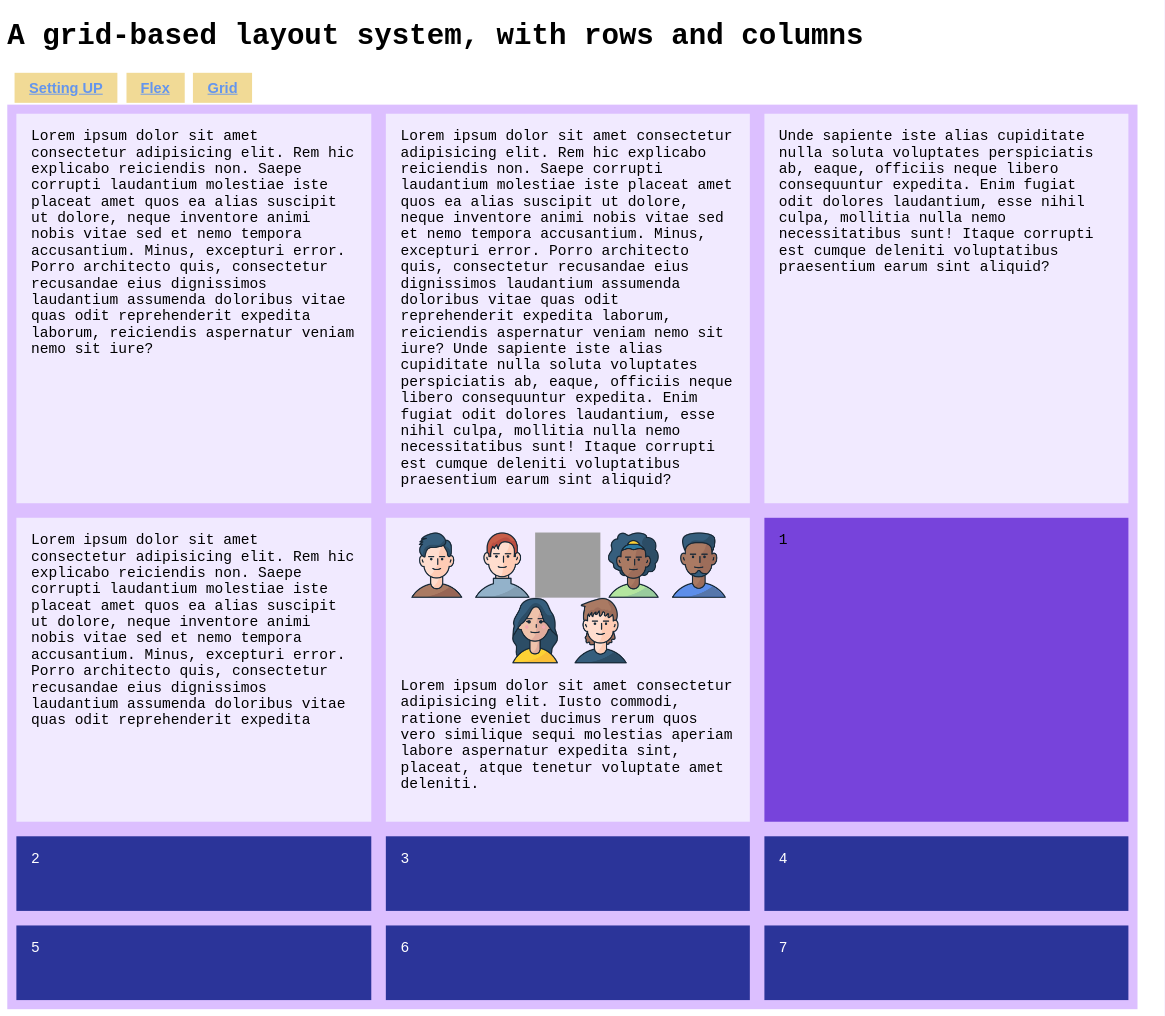
Repository: YingCG/learning-blog
Page: grid.html
An editor plug-in stored every save of this project. The page is shown before and after the next save, followed by the edit.
The browser window is 1280 px wide. The pictures show the whole page, at 91% of full size.
Pictures or frames that could not be fetched are drawn as grey boxes.

Above is the page before, as saved 2023-11-15 13:17:57.

### grid.html
<!DOCTYPE html>
<html lang="en">
  <head>
    <meta charset="UTF-8" />
    <meta name="viewport" content="width=device-width, initial-scale=1.0" />
    <link href="./style/style.css" rel="stylesheet" type="text/css" />

    <link href="./style/gridStyle.css" rel="stylesheet" type="text/css" />
    <title>Grid</title>
  </head>
  <body>
    <h1>A grid-based layout system, with rows and columns</h1>
    <nav class="navbar">
      <a href="index.html">Setting UP</a>
      <a href="./flex.html">Flex</a>
      <a href="./grid.html">Grid</a>
    </nav>
    <div class="grid-container">
      <div class="grid-item">
        Lorem ipsum dolor sit amet consectetur adipisicing elit. Rem hic
        explicabo reiciendis non. Saepe corrupti laudantium molestiae iste
        placeat amet quos ea alias suscipit ut dolore, neque inventore animi
        nobis vitae sed et nemo tempora accusantium. Minus, excepturi error.
        Porro architecto quis, consectetur recusandae eius dignissimos
        laudantium assumenda doloribus vitae quas odit reprehenderit expedita
        laborum, reiciendis aspernatur veniam nemo sit iure?
      </div>
      <div class="grid-item">
        Lorem ipsum dolor sit amet consectetur adipisicing elit. Rem hic
        explicabo reiciendis non. Saepe corrupti laudantium molestiae iste
        placeat amet quos ea alias suscipit ut dolore, neque inventore animi
        nobis vitae sed et nemo tempora accusantium. Minus, excepturi error.
        Porro architecto quis, consectetur recusandae eius dignissimos
        laudantium assumenda doloribus vitae quas odit reprehenderit expedita
        laborum, reiciendis aspernatur veniam nemo sit iure? Unde sapiente iste
        alias cupiditate nulla soluta voluptates perspiciatis ab, eaque,
        officiis neque libero consequuntur expedita. Enim fugiat odit dolores
        laudantium, esse nihil culpa, mollitia nulla nemo necessitatibus sunt!
        Itaque corrupti est cumque deleniti voluptatibus praesentium earum sint
        aliquid?
      </div>
      <div class="grid-item">
        Unde sapiente iste alias cupiditate nulla soluta voluptates perspiciatis
        ab, eaque, officiis neque libero consequuntur expedita. Enim fugiat odit
        dolores laudantium, esse nihil culpa, mollitia nulla nemo necessitatibus
        sunt! Itaque corrupti est cumque deleniti voluptatibus praesentium earum
        sint aliquid?
      </div>
      <div class="grid-item">
        Lorem ipsum dolor sit amet consectetur adipisicing elit. Rem hic
        explicabo reiciendis non. Saepe corrupti laudantium molestiae iste
        placeat amet quos ea alias suscipit ut dolore, neque inventore animi
        nobis vitae sed et nemo tempora accusantium. Minus, excepturi error.
        Porro architecto quis, consectetur recusandae eius dignissimos
        laudantium assumenda doloribus vitae quas odit reprehenderit expedita
      </div>
      <div class="grid-item">
        <div class="peoples">
          <img class="avatar" src="./assets/5556468.png" alt="Male Avatar" />
          <img class="avatar" src="./assets/5556499.png" alt="Male Avatar" />
          <img class="avatar" src="./assets/5556503.png" alt="Male Avatar" />
          <img class="avatar" src="./assets/5556505.png" alt="Male Avatar" />
          <img class="avatar" src="./assets/5556529.png" alt="Male Avatar" />
          <img class="avatar" src="./assets/5556554.png" alt="Male Avatar" />
          <img class="avatar" src="./assets/5556558.png" alt="Male Avatar" />
        </div>
        <p>
          Lorem ipsum dolor sit amet consectetur adipisicing elit. Iusto
          commodi, ratione eveniet ducimus rerum quos vero similique sequi
          molestias aperiam labore aspernatur expedita sint, placeat, atque
          tenetur voluptate amet deleniti.
        </p>
      </div>
      <div class="grid-item" id="purple">1</div>
      <div class="grid-item extra">2</div>
      <div class="grid-item extra">3</div>
      <div class="grid-item extra">4</div>
      <div class="grid-item extra">5</div>
      <div class="grid-item extra">6</div>
      <div class="grid-item extra">7</div>
    </div>
  </body>
</html>

### style/style.css
* {
  font-family: "Courier New", Courier, monospace;
}

body {
  width: 97vw;
}

.alltogether {
  width: 100%;
  min-height: 10rem;
  display: flex;
  flex-wrap: wrap;
}
.alltogether > div {
  /* flex: 1 1 150px; */
  background-color: cornflowerblue;
  border-style: solid;
  border-color: black;
  padding: 1rem;
}

.navbar {
  padding: 0.5rem;
  font-weight: 600;
}

.navbar a {
  background-color: rgb(241, 218, 150);
  font-family: Arial, Helvetica, sans-serif;
  padding: 0.5rem 1rem;
  color: cornflowerblue;
}
.container {
  background-color: rgb(219, 184, 252);
  padding: 1rem;
}

.wrapper > .small {
  background-color: beige;
}

.wrapper > .smallsmall {
  color: white;
  background-color: palevioletred;
  border: 0;
}

### style/gridStyle.css
.grid-container {
  display: grid;
  grid-template-columns: auto auto auto;
  gap: 1rem;
  background-color: #dcbfff;
  padding: 10px;
}

.grid-item {
  background-color: #f1eaff;
  font-size: 1rem;
  padding: 1rem;
}

.peoples {
  display: flex;
  justify-content: center;
  flex-wrap: wrap;
}
.peoples > img {
  width: 4.5rem;
  height: auto;
}

#purple {
  background-color: #7743db;
}

.extra {
  color: white;
  background: #2b3499;
  height: 50px;
}

After the next save:
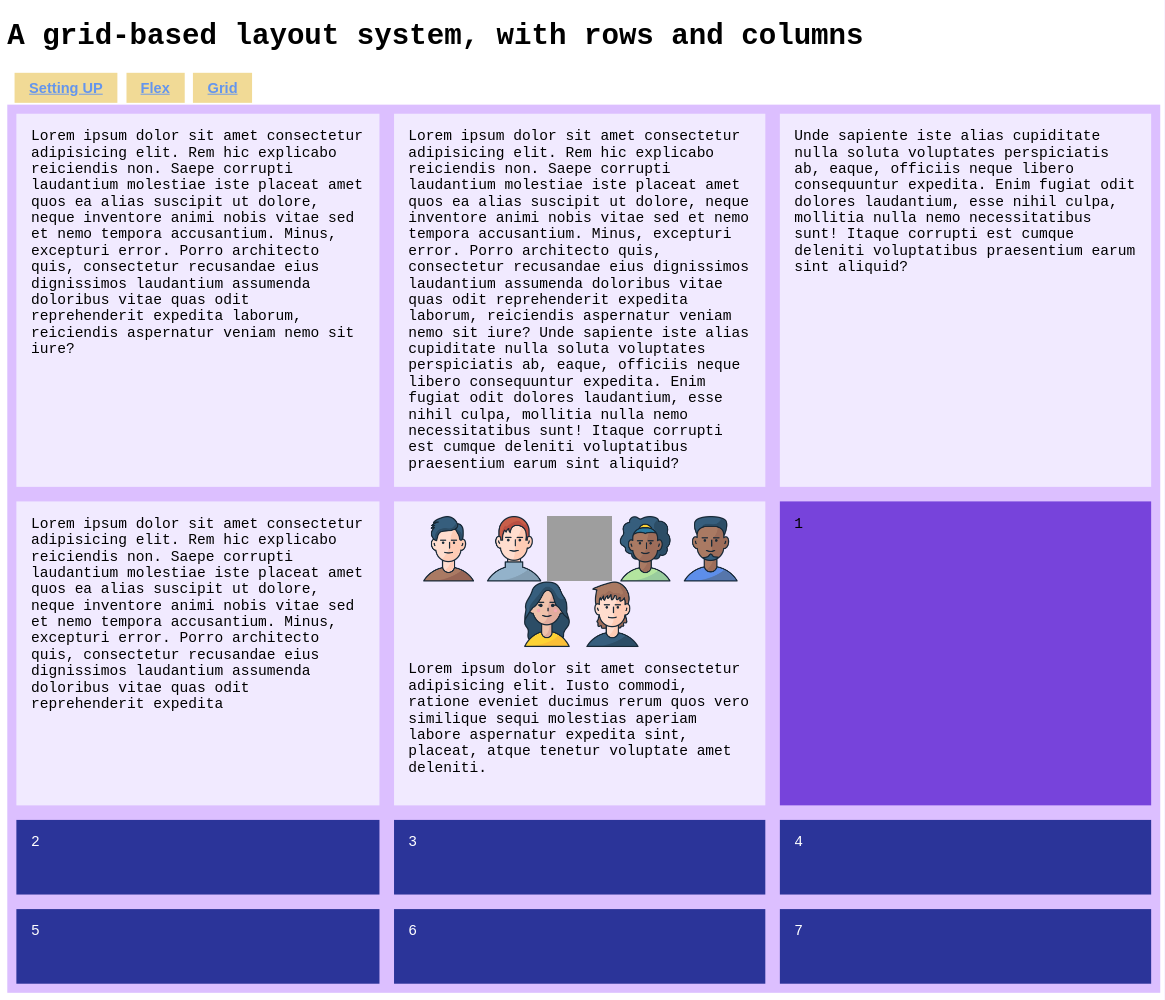
Saved 4 s later.
--- a/style/style.css
+++ b/style/style.css
@@ -3,7 +3,7 @@
 }
 
 body {
-  width: 97vw;
+  width: 99vw;
 }
 
 .alltogether {
